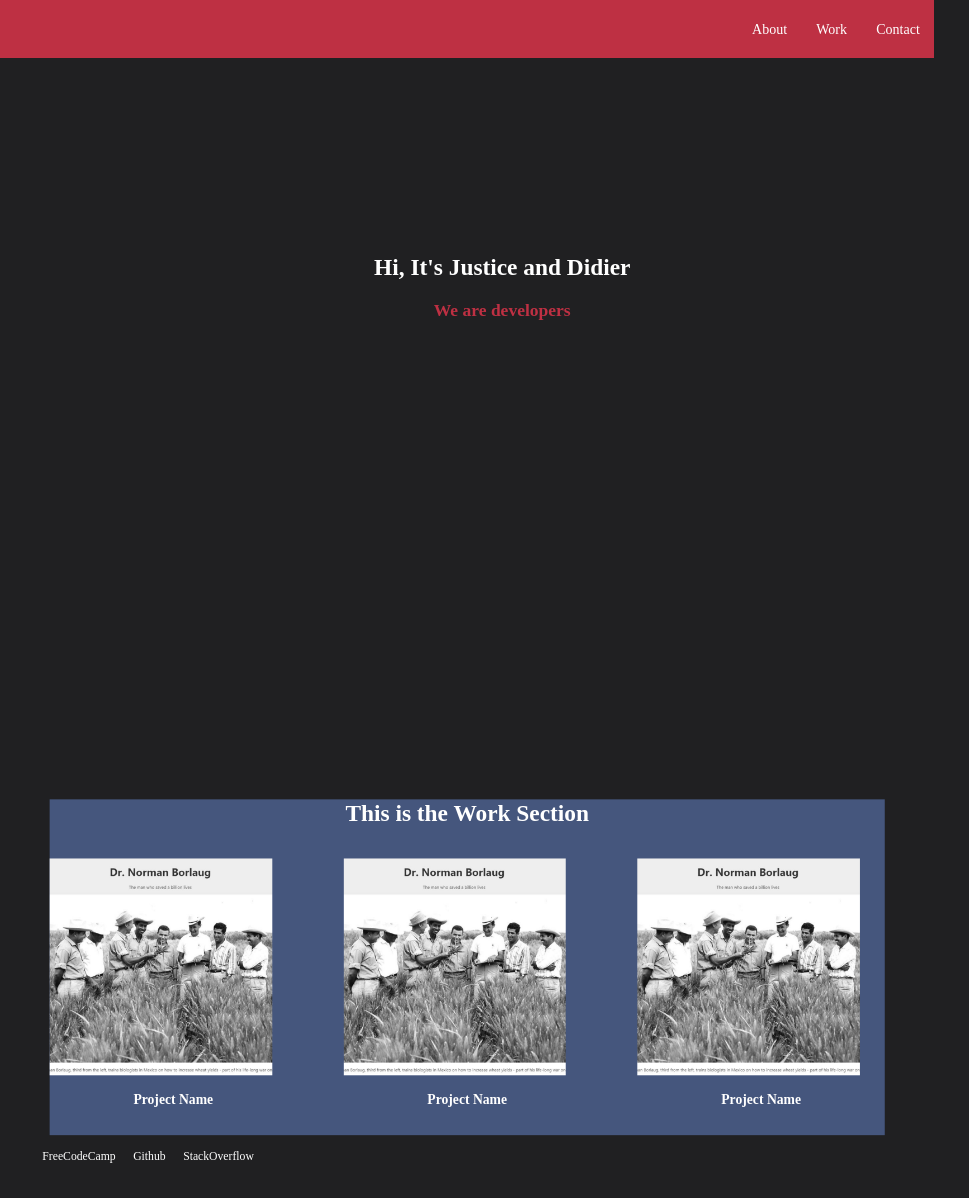
Repository: justicebhekani88/microverse_portfolio_project
Page: index.html
An editor plug-in stored every save of this project. The page is shown before and after the next save, followed by the edit.
The browser window is 1280 px wide. The page is 1328 px wide, so the pictures cover 1328 px, including what lies to the right of the window. The pictures show the whole page, at 73% of full size.

Above is the page before, as saved 2022-07-21 15:25:52.

### index.html
<!DOCTYPE html>
<html lang="en">

<head>
    <meta charset="UTF-8">
    <meta http-equiv="X-UA-Compatible" content="IE=edge">
    <meta name="viewport" content="width=device-width, initial-scale=1.0">
    <link rel="stylesheet" href="style.css">
    <title>Portfolio Project</title>
</head>

<body>
    <nav id="navbar">
        <ul id="nav-list">
            <li><a href="#welcome-section">About</a></li>
            <li><a href="#projects">Work</a></li>
            <li><a href="#contact">Contact</a></li>
        </ul>
    </nav>
    <div id="main">
        <section id="welcome-section">
            <div id="welcome-text">
                <h1>Hi, It's Justice and Didier</h1>
                <h2>We are developers</h2>
            </div>
        </section>
        <section id="projects">
            <h1>This is the Work Section</h1>
            <div id="projects-display">
            <div class="project-tile">
                <a href="">
                    <div>
                        <img src="project.png" alt="Project Image">
                        <h3>Project Name</h3>
                    </div>
                </a>
            </div>
            <div class="project-tile">
                <a href="">
                    <div>
                        <img src="project.png" alt="Project Image">
                        <h3>Project Name</h3>
                    </div>
                </a>
            </div>
            <div class="project-tile">
                <a href="">
                    <div>
                        <img src="project.png" alt="Project Image">
                        <h3>Project Name</h3>
                    </div>
                </a>
            </div>
            </div>
        </section>
        <section>
            <a href="#" id="profile-link" target="_blank">FreeCodeCamp</a>
            <a href="#" id="profile-link" target="_blank">Github</a>
            <a href="#" id="profile-link" target="_blank">StackOverflow</a>
        </section>
    </div>

</body>

</html>

### style.css
body {
    background-color: #202022;
    overflow-x: hidden;
}

nav {
    color: white;
    display: flex;
    justify-content: flex-end;
    position: fixed;
    top: 0;
    left: 0;
    width: 100%;
    background: #BE3043;
}

#nav-list {
    display: flex;
}

li,
a {
    list-style: none;
    color: white;
    padding: 10px;
    text-decoration: none;
}

#main {
    padding-left: 70px;
}

#welcome-section {
    width: 100vw;
    height: 100vh;
}

h1 {
    color: white;
    font-size: 2rem;
    text-align: center;
}

h2 {
    color: #BE3043;
    font-size: 1.5rem;
}

h3 {
    text-align: center;
}

#welcome-text {
    margin: 300px 30%;
    text-align: center;
}

#projects {
    background: #45567D;
    margin: 20px;
}

#projects-display {
    display: grid;
    grid-template-columns: repeat(auto-fit, minmax(320px, 1fr));
    grid-gap: 4rem;
}

img {
    width: 90%
}

@media only screen and (min-width: 600px) {
    #main {
        padding: 10px;
    }
}

@media only screen and (min-width: 1280px) {
    #main {
        padding: 40px;
    }
    nav {
        font-size: larger;
    }
}

After the next save:
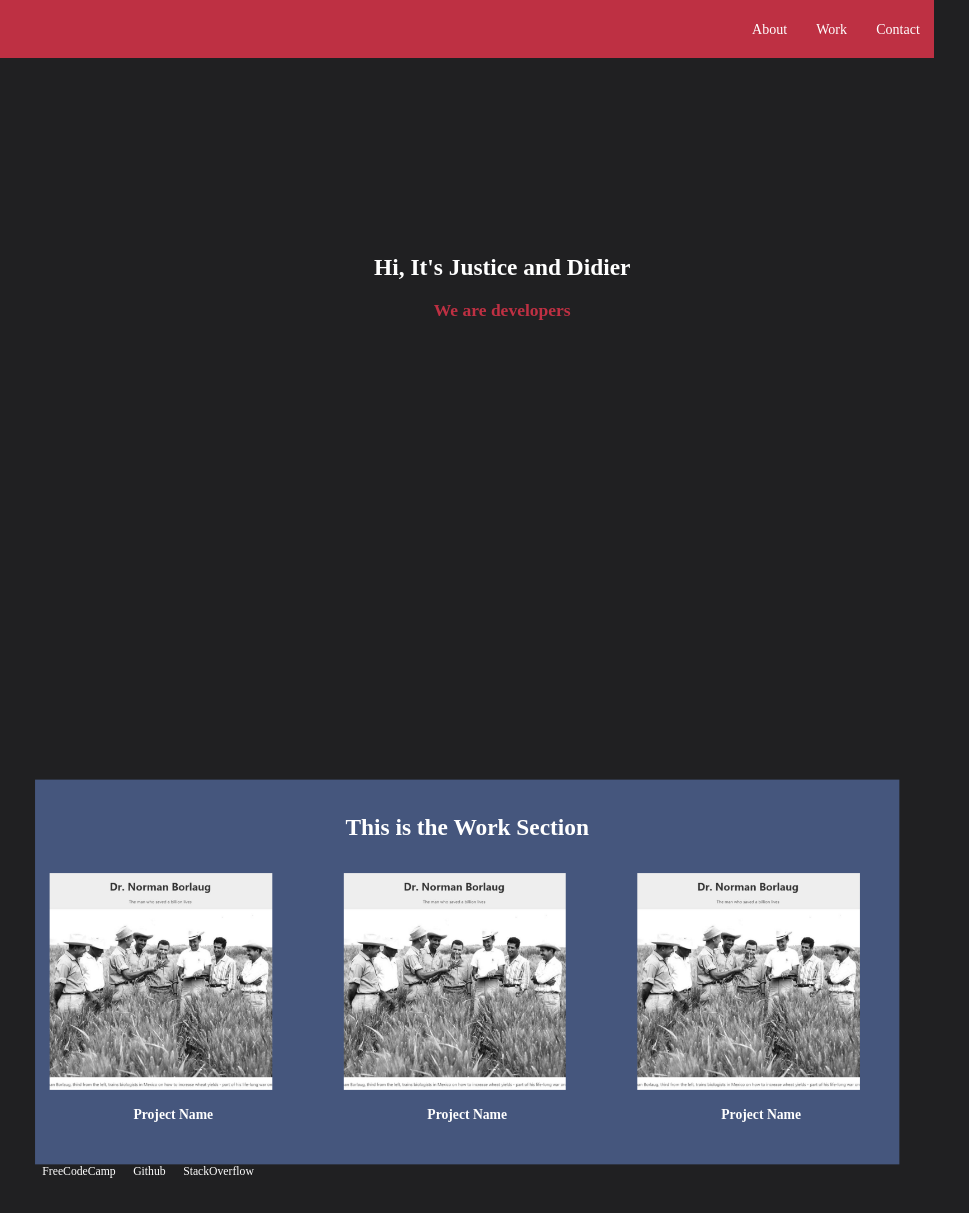
Saved 18 s later.
--- a/style.css
+++ b/style.css
@@ -57,7 +57,7 @@ h3 {
 
 #projects {
     background: #45567D;
-    margin: 20px;
+    padding: 20px;
 }
 
 #projects-display {
